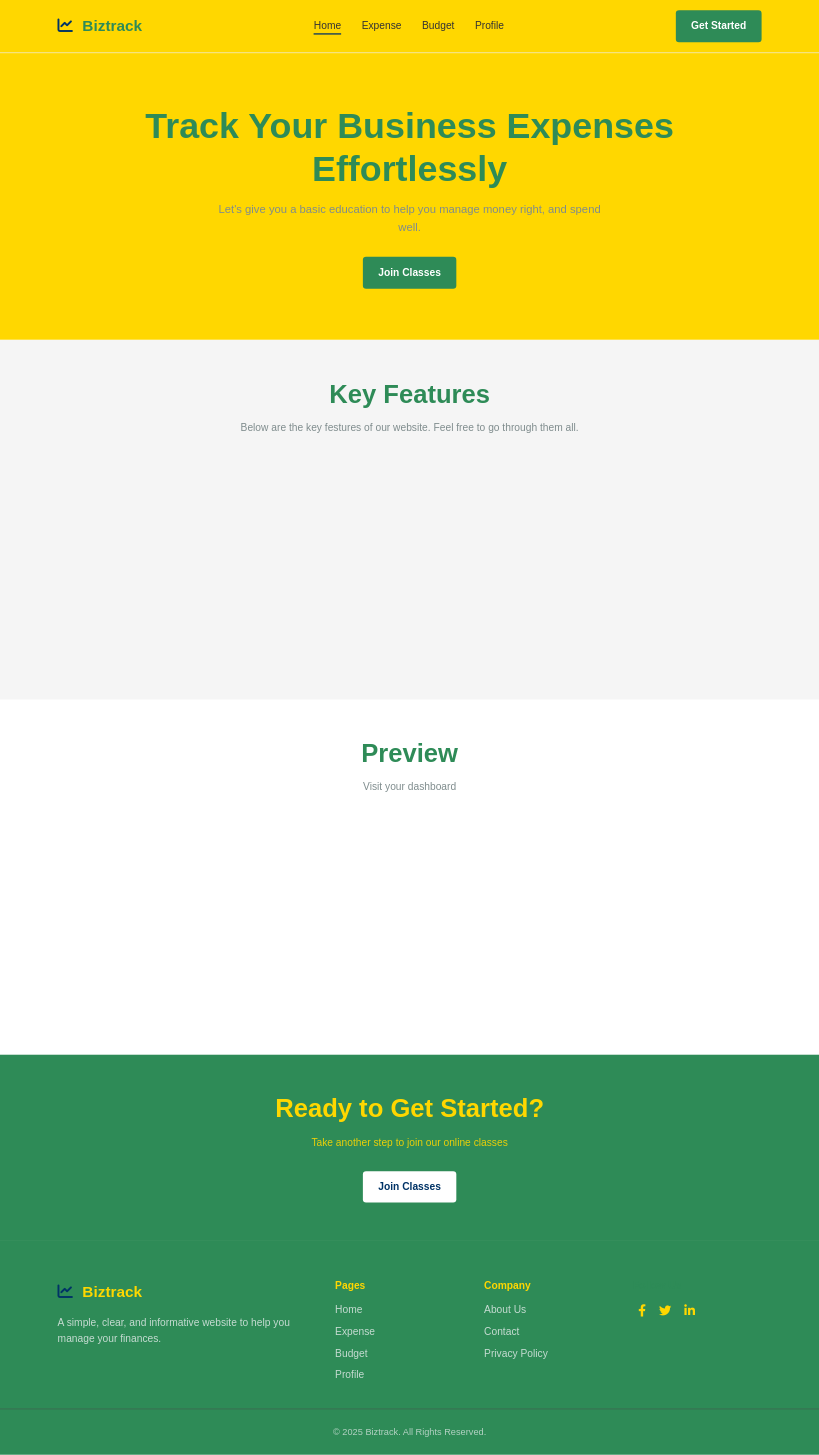
Repository: JoyUdoh106/wdd131
Page: project/index.html
An editor plug-in stored every save of this project. The page is shown before and after the next save, followed by the edit.
The browser window is 1280 px wide. The pictures show the whole page, at 64% of full size.
The pointer rests on the first visible `.btn-primary`.

Above is the page before, as saved 2025-08-10 19:34:53.
Console error: TypeError: Cannot set properties of null (setting 'textContent')

### project/index.html
<!DOCTYPE html>
<html lang="en">
<head>
    <meta charset="UTF-8">
    <meta name="viewport" content="width=device-width, initial-scale=1.0">
    <title>BIZTRACK - Track Expense and Budget - HOME PAGE</title>
    <meta name="description" content="An informational website on tracking expenses and making budgets - Home page">
    <meta name="author" content="Joy Paulinus Udoh">

    <link rel="stylesheet" href="styles/project.css">
    <script src="scripts/project.js" defer></script>
    <link rel="stylesheet" href="styles/project-large.css">
    <link rel="stylesheet" href="https://cdnjs.cloudflare.com/ajax/libs/font-awesome/6.4.0/css/all.min.css">

    <link rel="preconnect" href="https://fonts.googleapis.com">
    <link rel="preconnect" href="https://fonts.gstatic.com" crossorigin>
    <link href="https://fonts.googleapis.com/css2?family=Merriweather:wght@300;400&family=Roboto:ital,wght@0,100..900;1,100..900&display=swap" rel="stylesheet">
</head>
<body>
    <header>
        <div class="container header-container">
            <a href="index.html" class="logo"><i class="fas fa-chart-line"></i> Biztrack</a>
            <nav class="main-nav">
                <ul class="nav-links">
                    <li><a href="index.html" class="nav-link active">Home</a></li>
                    <li><a href="expense.html" class="nav-link">Expense</a></li>
                    <li><a href="budget.html" class="nav-link">Budget</a></li>
                    <li><a href="profile.html" class="nav-link">Profile</a></li>
                </ul>
            </nav>
            <a href="#" class="btn btn-primary get-started-btn">Get Started</a>
            <button class="nav-toggle" id="nav-toggle-btn">
                <i class="fas fa-bars"></i>
            </button>
        </div>
    </header>

    <div class="mobile-nav" id="mobile-nav-menu">
        <a href="index.html" class="nav-link active">Home</a>
        <a href="expense.html" class="nav-link">Expense</a>
        <a href="budget.html" class="nav-link">Budget</a>
        <a href="profile.html" class="nav-link">Profile</a>
    </div>

    <main>
        <section class="hero-section">
            <div class="container">
                <h1>Track Your Business Expenses Effortlessly</h1>
                <p>Let's give you a basic education to help you manage money right, and spend well.</p>
                <a href="#" class="btn btn-primary">Join Classes</a>
            </div>
        </section>

        <section class="features-section">
            <div class="container">
                <h2>Key Features</h2>
                <p>Below are the key festures of our website. Feel free to go through them all.</p>
                <div class="features-grid">
                    <div class="feature-card reveal">
                        <i class="fas fa-file-invoice-dollar icon"></i>
                        <h3>Expense Tracking</h3>
                        <p>Learn how to track your expenses, and how you spend money daily, weekly and monthly.</p>
                    </div>
                    <div class="feature-card reveal">
                        <i class="fas fa-wallet icon"></i>
                        <h3>Budget Management</h3>
                        <p>Learn how to set up a budget, types of budget, and common mistakes to avoid while making a budget</p>
                    </div>
                    <div class="feature-card reveal">
                        <i class="fas fa-chart-pie icon"></i>
                        <h3>Analytics Dashboard</h3>
                        <p>Check out the profile page.</p>
                    </div>
                    <div class="feature-card reveal">
                        <i class="fas fa-file-alt icon"></i>
                        <h3>Report Generation</h3>
                        <p>Watch your progress.</p>
                    </div>
                </div>
            </div>
        </section>

        <section class="preview-section">
            <div class="container">
                <h2>Preview</h2>
                <p>Visit your dashboard</p>
                <div class="dashboard-preview reveal">
                    <i class="fas fa-desktop"></i>
                    <p>Dashboard Preview</p>
                </div>
            </div>
        </section>

        <section class="cta-section">
            <div class="container">
                <h2>Ready to Get Started?</h2>
                <p>Take another step to join our online classes</p>
                <a href="#" class="btn btn-light">Join Classes</a>
            </div>
        </section>
    </main>
     <footer>
        <div class="container footer-container">
            <div class="footer-about">
                <a href="index.html" class="logo"><i class="fas fa-chart-line"></i> Biztrack</a>
                <p>A simple, clear, and informative website to help you manage your finances.</p>
            </div>
            <div class="footer-links">
                <h4>Pages</h4>
                <ul>
                    <li><a href="index.html">Home</a></li>
                    <li><a href="expense.html">Expense</a></li>
                    <li><a href="budget.html">Budget</a></li>
                    <li><a href="profile.html">Profile</a></li>
                </ul>
            </div>
            <div class="footer-links">
                <h4>Company</h4>
                <ul>
                    <li><a href="#">About Us</a></li>
                    <li><a href="#">Contact</a></li>
                    <li><a href="#">Privacy Policy</a></li>
                </ul>
            </div>
            <div class="footer-social">
                <h4>Follow Us</h4>
                <div class="social-icons">
                    <a href="https://facebook.com/joypaulinusudoh"><i class="fab fa-facebook-f"></i></a>
                    <a href="https://twitter.com"><i class="fab fa-twitter"></i></a>
                    <a href="https://linkedin.com/in/joypaulinusudoh"><i class="fab fa-linkedin-in"></i></a>
                </div>
            </div>
        </div>
        <div class="footer-bottom">
            <p>&copy; 2025 Biztrack. All Rights Reserved.</p>
        </div>
    </footer>

    <nav class="mobile-bottom-nav">
        <a href="index.html" class="bottom-nav-link active">
            <i class="fas fa-home"></i>
            <span>Home</span>
        </a>
        <a href="expense.html" class="bottom-nav-link">
            <i class="fas fa-file-invoice-dollar"></i>
            <span>Expense</span>
        </a>
        <a href="budget.html" class="bottom-nav-link">
            <i class="fas fa-wallet"></i>
            <span>Budget</span>
        </a>
        <a href="profile.html" class="bottom-nav-link">
            <i class="fas fa-user"></i>
            <span>Profile</span>
        </a>
    </nav>

</body>
</html>

### project/styles/project.css
:root {
    --primary-color: #003366;
    --dark-color: #2e8b57;
    --light-color: #ffd700;
    --text-color: #333333;
    --bg-color: #f5f5f5;
    --grey-color: #7f8c8d;
    --border-color: #ecf0f1;
}

* {
    margin: 0;
    padding: 0;
    box-sizing: border-box;
}

body {
    font-family: 'Poppins', sans-serif;
    color: var(--text-color);
    background-color: #ffffff;
    line-height: 1.6;
}

.container {
    width: 90%;
    max-width: 1100px;
    margin: 0 auto;
}

a {
    text-decoration: none;
    color: var(--primary-color);
}

ul {
    list-style-type: none;
}

h1, h2, h3, h4 {
    color: var(--dark-color);
    line-height: 1.2;
    margin-bottom: 1rem;
}

h1 { font-size: 2.5rem; }
h2 { font-size: 2rem; }

section {
    padding: 60px 0;
}

.btn {
    display: inline-block;
    padding: 12px 24px;
    border-radius: 5px;
    font-weight: 600;
    transition: background-color 0.3s ease, color 0.3s ease;
    border: none;
    cursor: pointer;
}

.btn-primary {
    background-color: var(--dark-color);
    color: #ffffff;
}

.btn-primary:hover {
    background-color: #00;
}

.btn-light {
    background-color: #ffffff;
    color: var(--primary-color);
}
.btn-light:hover {
    background-color: var(--border-color);
}

header {
    background-color: var(--light-color);
    border-bottom: 1px solid var(--border-color);
    padding: 1rem 0;
    position: sticky;
    top: 0;
    z-index: 1000;
}

.header-container {
    display: flex;
    justify-content: space-between;
    align-items: center;
}

.logo {
    font-size: 1.5rem;
    font-weight: 700;
    color: var(--dark-color);
}
.logo i {
    margin-right: 8px;
    color: var(--primary-color);
}

.main-nav { display: none; }
.nav-toggle {
    background: none;
    border: none;
    font-size: 1.5rem;
    color: var(--dark-color);
    cursor: pointer;
}
.get-started-btn { display: none; }

.mobile-nav {
    display: none;
    flex-direction: column;
    background-color: var(--light-color);
    position: fixed;
    top: 65px;
    left: 0;
    width: 100%;
    padding: 1rem 0;
    border-bottom: 1px solid var(--border-color);
    z-index: 999;
}
.mobile-nav.open {
    display: flex;
}
.mobile-nav a {
    padding: 1rem 5%;
    color: var(--dark-color);
    font-weight: 500;
}
.mobile-nav a.active {
    color: var(--primary-color);
    font-weight: 700;
}

.hero-section {
    background-color: var(--light-color);
    text-align: center;
    padding: 80px 0;
}
.hero-section h1 {
    font-size: 2.2rem;
}
.hero-section p {
    max-width: 600px;
    margin: 1rem auto 2rem;
    font-size: 1.1rem;
    color: var(--grey-color);
}

.features-section {
    background-color: var(--bg-color);
    text-align: center;
}
.features-section > .container > p {
    max-width: 600px;
    margin: 0 auto 3rem;
    color: var(--grey-color);
}
.features-grid {
    display: grid;
    grid-template-columns: 1fr;
    gap: 2rem;
}
.feature-card {
    background-color: var(--light-color);
    padding: 2rem;
    border: 1px solid var(--border-color);
    border-radius: 8px;
    text-align: left;
    transition: transform 0.3s ease, box-shadow 0.3s ease;
}
.feature-card:hover {
    transform: translateY(-5px);
    box-shadow: 0 10px 20px rgba(0,0,0,0.05);
}
.feature-card .icon {
    font-size: 2rem;
    color: var(--primary-color);
    background-color: #eaf2fb;
    padding: 1rem;
    border-radius: 50%;
    margin-bottom: 1rem;
    display: inline-block;
}
.feature-card h3 {
    margin-bottom: 0.5rem;
}

.preview-section {
    text-align: center;
}
.preview-section p {
     max-width: 600px;
    margin: 0 auto 3rem;
    color: var(--grey-color);
}
.dashboard-preview {
    background-color: #e9ecef;
    border-radius: 8px;
    padding: 80px 20px;
    display: flex;
    flex-direction: column;
    justify-content: center;
    align-items: center;
    color: var(--grey-color);
}
.dashboard-preview i {
    font-size: 3rem;
    margin-bottom: 1rem;
}

.cta-section {
    background-color: var(--dark-color);
    color: var(--light-color);
    text-align: center;
}
.cta-section h2 { color: var(--light-color); }
.cta-section p {
    margin-bottom: 2rem;
    opacity: 0.9;
}

footer {
    background-color: var(--dark-color);
    color: var(--bg-color);
    padding-top: 60px;
}
.footer-container {
    display: grid;
    grid-template-columns: 1fr;
    gap: 2rem;
    text-align: center;
}
.footer-about .logo {
    color: var(--light-color);
}
.footer-about p {
    margin-top: 1rem;
    color: var(--border-color);
    opacity: 0.8;
}
.footer-links h4 {
    color: var(--light-color);
    margin-bottom: 1rem;
}
.footer-links ul li {
    margin-bottom: 0.5rem;
}
.footer-links a {
    color: var(--border-color);
    opacity: 0.8;
    transition: opacity 0.3s ease;
}
.footer-links a:hover {
    opacity: 1;
}
.social-icons a {
    color: var(--light-color);
    font-size: 1.2rem;
    margin: 0 0.5rem;
    transition: color 0.3s ease;
}
.social-icons a:hover {
    color: var(--primary-color);
}

.footer-bottom {
    text-align: center;
    padding: 1.5rem 0;
    margin-top: 2rem;
    border-top: 1px solid #4a4a4a;
    font-size: 0.9rem;
    color: var(--border-color);
    opacity: 0.7;
}

.mobile-bottom-nav {
    position: fixed;
    bottom: 0;
    left: 0;
    width: 100%;
    background-color: var(--light-color);
    border-top: 1px solid var(--border-color);
    display: flex;
    justify-content: space-around;
    padding: 0.5rem 0;
    z-index: 1000;
}
.bottom-nav-link {
    display: flex;
    flex-direction: column;
    align-items: center;
    color: var(--grey-color);
    font-size: 0.75rem;
}
.bottom-nav-link i {
    font-size: 1.2rem;
    margin-bottom: 4px;
}
.bottom-nav-link.active {
    color: var(--primary-color);
}

body {
    padding-bottom: 70px;
}

.content-page {
    padding: 60px 0;
}
.content-page h1 {
    text-align: center;
}
.content-page .subtitle {
    text-align: center;
    font-size: 1.1rem;
    color: var(--grey-color);
    margin-bottom: 3rem;
}
.content-article {
    margin-bottom: 2.5rem;
    background: #fff;
    padding: 2rem;
    border: 1px solid var(--border-color);
    border-radius: 8px;
}
.content-article ul {
    list-style-type: disc;
    padding-left: 20px;
}
.content-article ul li {
    margin-bottom: 0.5rem;
}
.sample-data {
    background-color: var(--bg-color);
    border-left: 4px solid var(--primary-color);
    padding: 1rem;
    margin-top: 1rem;
    border-radius: 4px;
}

.reveal {
    opacity: 0;
    transform: translateY(20px);
    transition: opacity 0.6s ease-out, transform 0.6s ease-out;
}
.reveal.visible {
    opacity: 1;
    transform: translateY(0);
}

### project/scripts/project.js
document.addEventListener('DOMContentLoaded', () => {

    const currentYearSpan = document.getElementById('current-year');
    const currentYear = new Date().getFullYear();
    currentYearSpan.textContent = currentYear;

    const lastModifiedSpan = document.getElementById('last-modified');
    const lastModified = document.lastModified;
    lastModifiedSpan.textContent = lastModified;

    const menuButton = document.getElementById('menu-button');
    const nav = document.querySelector('nav');

    menuButton.addEventListener('click', () => {
        nav.classList.toggle('open');
        if (nav.classList.contains('open')) {
            menuButton.textContent = 'X';
        } else {
            menuButton.textContent = '☰';
        }
    });

});

### project/styles/project-large.css
@media (min-width: 768px) {
    h1 { font-size: 3rem; }
    h2 { font-size: 2.5rem; }

    .nav-toggle, .mobile-nav, .mobile-bottom-nav {
        display: none;
    }
    body { padding-bottom: 0; }

    .main-nav {
        display: block;
    }
    .nav-links {
        display: flex;
        gap: 2rem;
        align-items: center;
    }
    .nav-link {
        color: var(--text-color);
        font-weight: 500;
        position: relative;
    }
    .nav-link::after {
        content: '';
        position: absolute;
        width: 0;
        height: 2px;
        bottom: -5px;
        left: 0;
        background-color: var(--primary-color);
        transition: width 0.3s;
    }
    .nav-link:hover::after, .nav-link.active::after {
        width: 100%;
    }
    .get-started-btn { display: inline-block; }
    .hero-section h1 { font-size: 3.5rem; }

    .features-grid {
        grid-template-columns: repeat(2, 1fr);
    }

    .footer-container {
        grid-template-columns: 2fr 1fr 1fr 1fr;
        text-align: left;
    }
}

@media (min-width: 992px) {
    .features-grid {
        grid-template-columns: repeat(4, 1fr);
    }
}

After the next save:
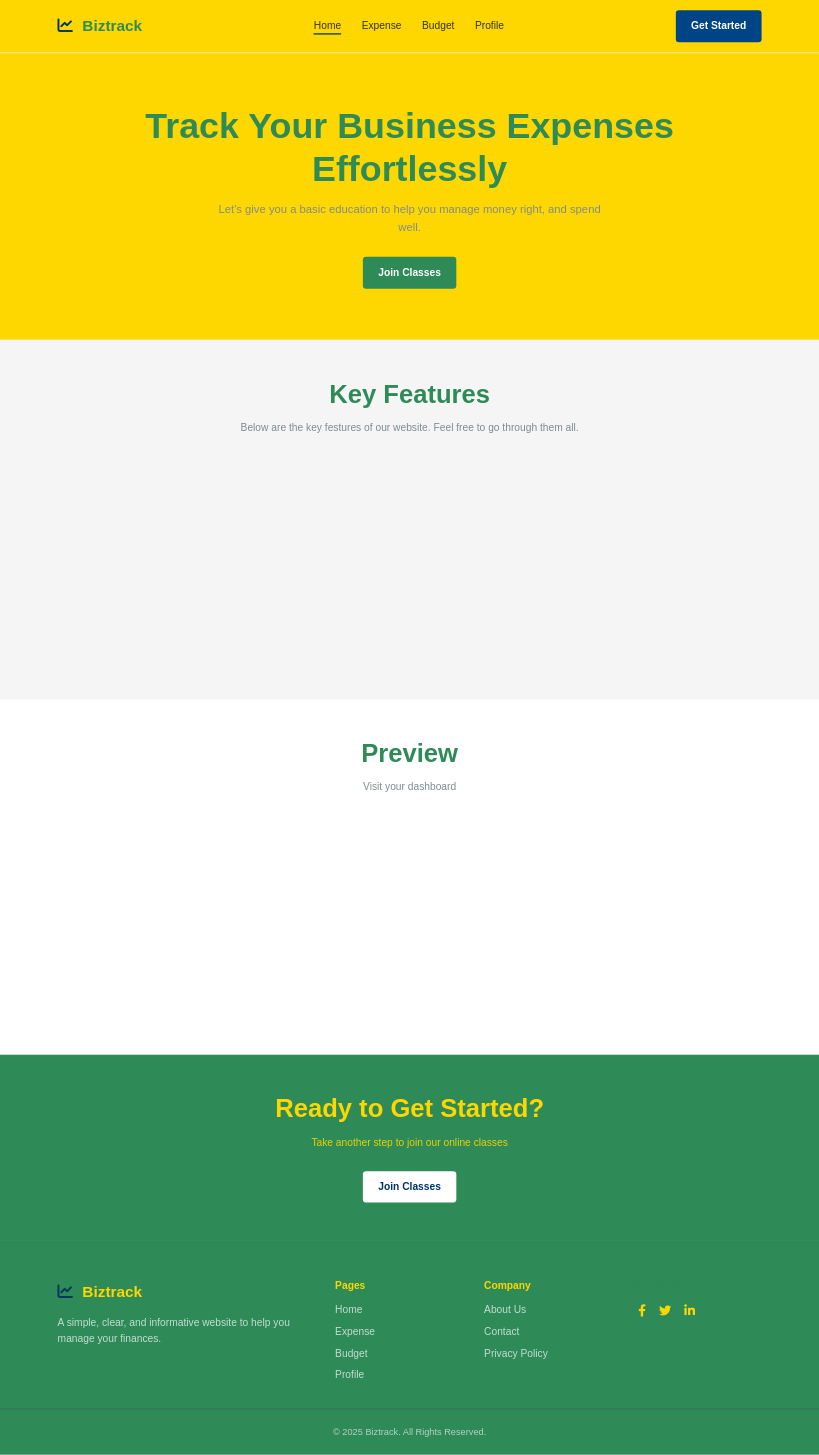
Saved 4 s later.
--- a/project/styles/project.css
+++ b/project/styles/project.css
@@ -65,7 +65,7 @@ section {
 }
 
 .btn-primary:hover {
-    background-color: #00;
+    background-color: #004488;
 }
 
 .btn-light {
